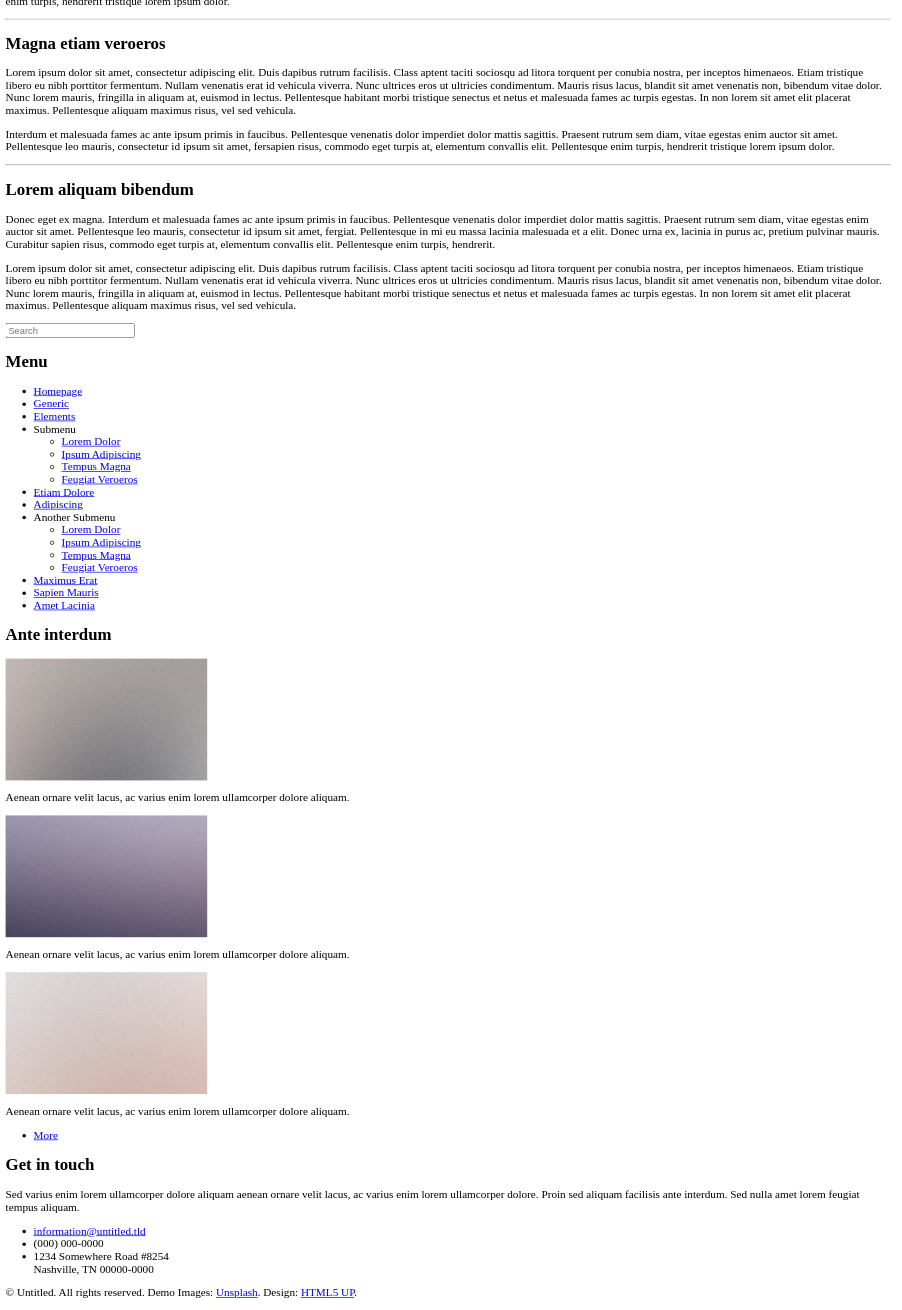
Repository: noCountJun/blog
Page: http://localhost/blogProject2/WEB-INF/views/board/bootTest.jsp
The author's editor kept a copy of each file at every save. The page is drawn from the files as they stood at one save, then again after the next save.
The browser window is 1280 px wide. The page is 1288 px wide, so the pictures cover 1288 px, including what lies to the right of the window. The pictures show the part of the page from y = 1077 to 2957 px (the page is 2949 px tall before and 2957 px after), at 70% of full size.
The page is served by Tomcat 9. Nobody is signed in. The template is opened directly, without the code that normally fills it, so the values that code supplies are empty.

Above is the page before, as saved 2019-08-20 04:24:48.

After the next save:
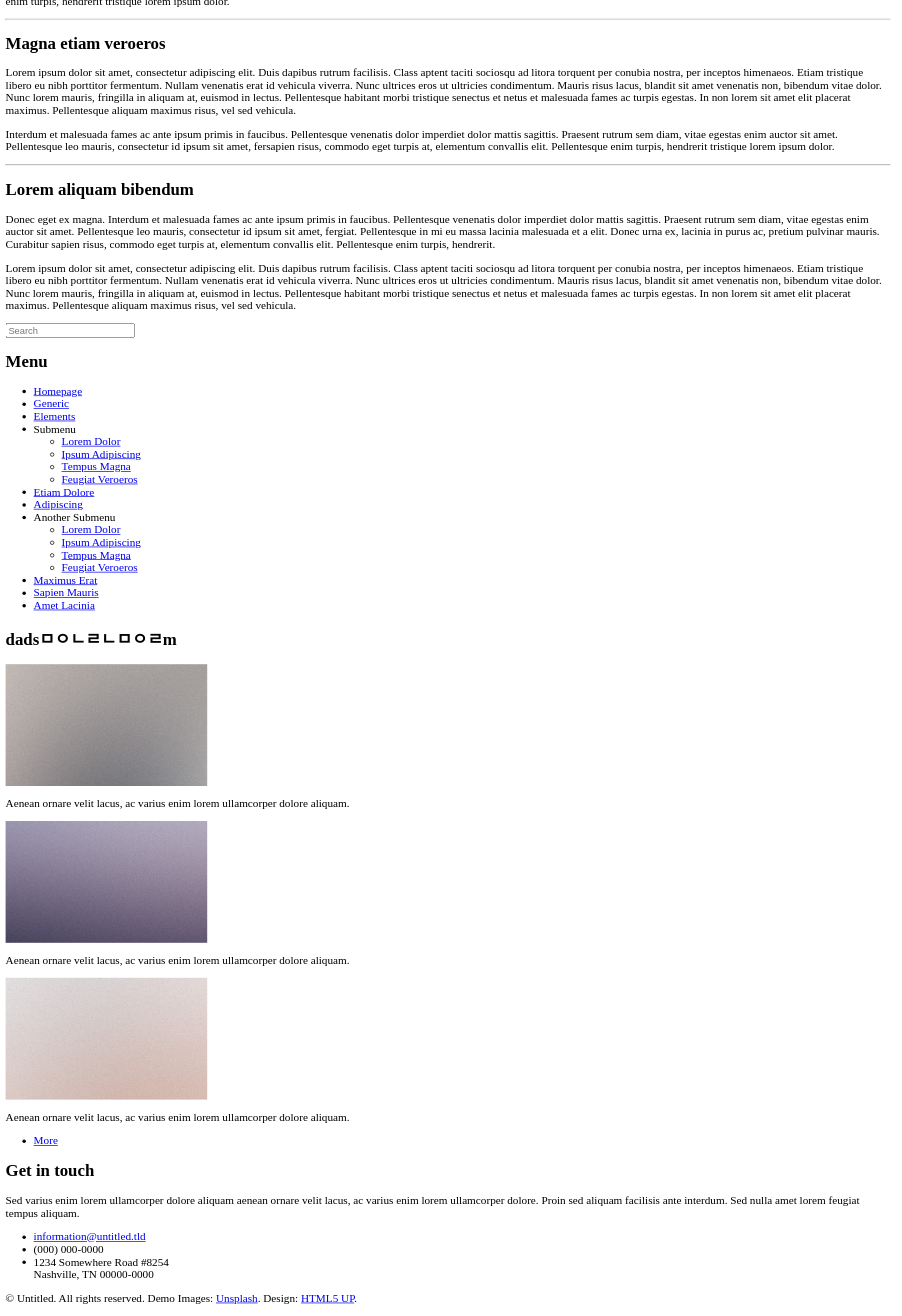
Saved 63 s later.
--- a/blogProject2/src/main/webapp/WEB-INF/views/board/bootTest.jsp
+++ b/blogProject2/src/main/webapp/WEB-INF/views/board/bootTest.jsp
@@ -60,95 +60,5 @@
 					</div>
 
 				<!-- Sidebar -->
-					<div id="sidebar">
-						<div class="inner">
-
-							<!-- Search -->
-								<section id="search" class="alt">
-									<form method="post" action="#">
-										<input type="text" name="query" id="query" placeholder="Search" />
-									</form>
-								</section>
-
-							<!-- Menu -->
-								<nav id="menu">
-									<header class="major">
-										<h2>Menu</h2>
-									</header>
-									<ul>
-										<li><a href="index.html">Homepage</a></li>
-										<li><a href="generic.html">Generic</a></li>
-										<li><a href="elements.html">Elements</a></li>
-										<li>
-											<span class="opener">Submenu</span>
-											<ul>
-												<li><a href="#">Lorem Dolor</a></li>
-												<li><a href="#">Ipsum Adipiscing</a></li>
-												<li><a href="#">Tempus Magna</a></li>
-												<li><a href="#">Feugiat Veroeros</a></li>
-											</ul>
-										</li>
-										<li><a href="#">Etiam Dolore</a></li>
-										<li><a href="#">Adipiscing</a></li>
-										<li>
-											<span class="opener">Another Submenu</span>
-											<ul>
-												<li><a href="#">Lorem Dolor</a></li>
-												<li><a href="#">Ipsum Adipiscing</a></li>
-												<li><a href="#">Tempus Magna</a></li>
-												<li><a href="#">Feugiat Veroeros</a></li>
-											</ul>
-										</li>
-										<li><a href="#">Maximus Erat</a></li>
-										<li><a href="#">Sapien Mauris</a></li>
-										<li><a href="#">Amet Lacinia</a></li>
-									</ul>
-								</nav>
-
-							<!-- Section -->
-								<section>
-									<header class="major">
-										<h2>Ante interdum</h2>
-									</header>
-									<div class="mini-posts">
-										<article>
-											<a href="#" class="image"><img src="/resources/images/pic07.jpg" alt="" /></a>
-											<p>Aenean ornare velit lacus, ac varius enim lorem ullamcorper dolore aliquam.</p>
-										</article>
-										<article>
-											<a href="#" class="image"><img src="/resources/images/pic08.jpg" alt="" /></a>
-											<p>Aenean ornare velit lacus, ac varius enim lorem ullamcorper dolore aliquam.</p>
-										</article>
-										<article>
-											<a href="#" class="image"><img src="/resources/images/pic09.jpg" alt="" /></a>
-											<p>Aenean ornare velit lacus, ac varius enim lorem ullamcorper dolore aliquam.</p>
-										</article>
-									</div>
-									<ul class="actions">
-										<li><a href="#" class="button">More</a></li>
-									</ul>
-								</section>
-
-							<!-- Section -->
-								<section>
-									<header class="major">
-										<h2>Get in touch</h2>
-									</header>
-									<p>Sed varius enim lorem ullamcorper dolore aliquam aenean ornare velit lacus, ac varius enim lorem ullamcorper dolore. Proin sed aliquam facilisis ante interdum. Sed nulla amet lorem feugiat tempus aliquam.</p>
-									<ul class="contact">
-										<li class="icon solid fa-envelope"><a href="#">information@untitled.tld</a></li>
-										<li class="icon solid fa-phone">(000) 000-0000</li>
-										<li class="icon solid fa-home">1234 Somewhere Road #8254<br />
-										Nashville, TN 00000-0000</li>
-									</ul>
-								</section>
-
-							<!-- Footer -->
-								<footer id="footer">
-									<p class="copyright">&copy; Untitled. All rights reserved. Demo Images: <a href="https://unsplash.com">Unsplash</a>. Design: <a href="https://html5up.net">HTML5 UP</a>.</p>
-								</footer>
-
-						</div>
-					</div>
-
+<jsp:include page="/WEB-INF/views/category/category.jsp" />
 			</div>
